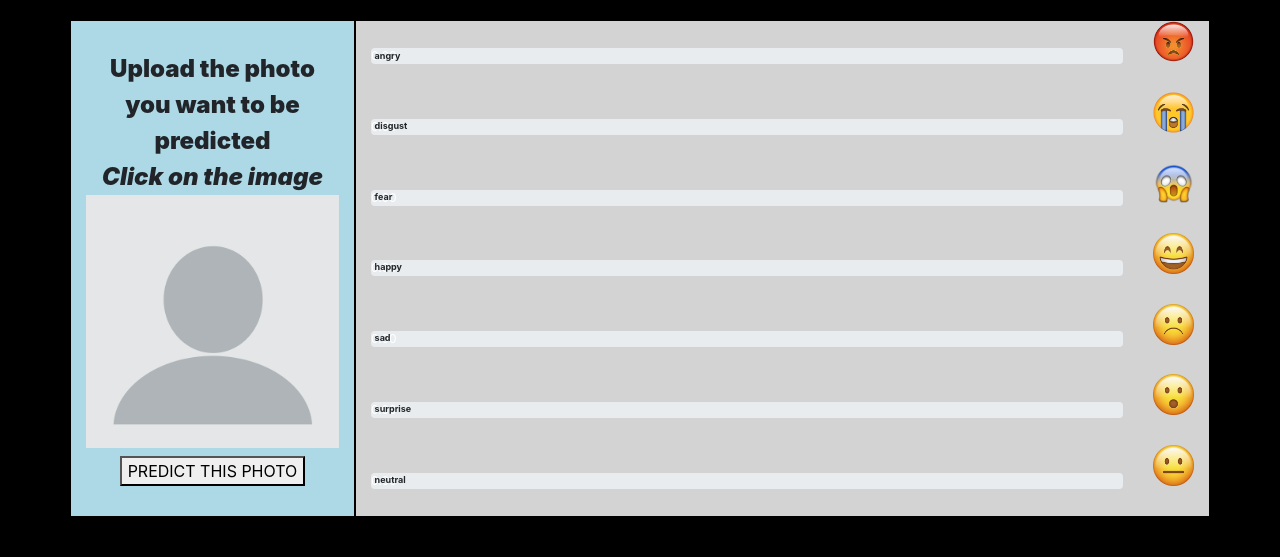
Repository: Jermaniac/TrabajoFinGradoGerman
Page: / (app in webprojectREACT/webexpresssionproject/)
An editor plug-in stored every save of this project. The page is shown before and after a run of saves, followed by the edit.
The browser window is 1280 px wide. The pictures show the whole page.
The project was rebuilt for these pictures with package versions that can differ from the ones it lists, and the page was loaded fresh each time.

Above is the page before, as saved 2021-05-05 13:27:19.

### webprojectREACT/webexpresssionproject/public/index.html
<!DOCTYPE html>
<html lang="en">
  <head>
    <meta charset="utf-8" />
    <link rel="icon" href="%PUBLIC_URL%/favicon.ico" />
    <meta name="viewport" content="width=device-width, initial-scale=1" />
    <meta name="theme-color" content="#000000" />
    <meta
      name="description"
      content="Web site created using create-react-app"
    />
    <title>Expression App</title>
  </head>
  <body>
    <div id="root"></div>
  </body>
</html>

### webprojectREACT/webexpresssionproject/src/index.js
import React from 'react';
import ReactDOM from 'react-dom';
import App from './components/App';
import './index.css'
// Bootstrap support for React
import 'bootstrap/dist/css/bootstrap.min.css'

import { configureStore } from './redux/configureStore'
import { Provider } from 'react-redux';

const store= configureStore();

const Root = (
  <Provider store={store}>
    <App />
  </Provider>
);

const rootElement = document.getElementById('root');

ReactDOM.render(
  Root,
  rootElement
);

### webprojectREACT/webexpresssionproject/src/components/App.jsx
import React from 'react'

import InfoExpressions from './InfoComponent'

import '../styles/App.css'
import { changeExpressions, changePhoto } from '../redux/actionCreators';

import { connect } from 'react-redux'
import FormComponent from './FormComponent';

const mapStateToProps = state => {
  return {
    expressions: state.expressions,
    photo: state.photo
  }
};

const mapDispatchToProps = dispatch => ({
  changeExpressions: (expressions) => dispatch(changeExpressions(expressions)),
  changePhoto: (photo) => dispatch(changePhoto(photo))
});

class App extends React.Component {

  render () {
    return (
        <div className="container">
          <div className="row">
              <FormComponent changeExpressions={this.props.changeExpressions}
              changePhoto={this.props.changePhoto}
              photo={this.props.photo}
              ></FormComponent>
              <InfoExpressions  expressions={this.props.expressions} ></InfoExpressions>
          </div>
        </div>
    );
  }

}

export default ( connect ( mapStateToProps, mapDispatchToProps )( App ))

### webprojectREACT/webexpresssionproject/src/redux/configureStore.js

import { createStore, combineReducers} from 'redux';
import { expressions } from './expressions'
import { photo } from './photo'

const combination = combineReducers({
    expressions,
    photo
});

export const configureStore = () => {

    const store = createStore(
        combination,
        // activate redux dev tools in browser
        window.__REDUX_DEVTOOLS_EXTENSION__ && window.__REDUX_DEVTOOLS_EXTENSION__()

    );

    return store;
}

### webprojectREACT/webexpresssionproject/src/components/InfoComponent.jsx
import React from 'react';
import '../styles/InfoComponent.css'

function InfoComponent({ expressions, photo }) {

  if (expressions) {
    let expressionsFormatted = formatProbabilities(expressions);

    return (
    <div className="col-12 col-md-8 col-lg-9" id="info">
        {
        expressionsFormatted.map((expression) => {
          let emojiSrc = `./assets/images/emoji_${expression.mood}.png`;
          return (
            <div className="row" key={expression.mood}>
              <div className="col-11">
                <div className="progress">
                  <div
                    id="barra"
                    className="progress-bar"
                    aria-valuemin="0"
                    aria-valuemax="100"
                    style={{ width: expression.probability + "%" }}
                  >
                    {expression.probability}
                  </div>
                  <span className="badge">{expression.mood}</span>
                </div>
              </div>
              <div className="col-1" id="imageEmoji">
                <img
                  src={emojiSrc}
                  alt="emoji"
                ></img>
              </div>
            </div>
          );
        })
        }
      </div>
    // <div></div>
    );
  } else {
    return (
          <div>
          </div>
    );
  }
}

function formatProbabilities(expressions){
    return expressions.map( (expression) => {
        return  {
            mood: expression.mood,
            probability: (expression.probability * 100).toFixed(2)
        }

    })

}

export default InfoComponent;

### webprojectREACT/webexpresssionproject/src/styles/App.css
.container {
    padding: 20px;
}

### webprojectREACT/webexpresssionproject/src/redux/actionCreators.js
import * as ActionTypes from './actionTypes'

export const changeExpressions = (expressions) => ({
    type: ActionTypes.CHANGE_EXPRESSIONS,
    payload: {
        expressions: expressions
    }
});

export const changePhoto = (photo) => ({
    type: ActionTypes.CHANGE_PHOTO,
    payload: {
        photoUrl: URL.createObjectURL(photo)
    }
})

### webprojectREACT/webexpresssionproject/src/components/FormComponent.jsx
import { useState } from 'react';
import ImageUploadService from '../services/image-upload.service';
import '../styles/FormComponent.css'

function FormComponent({ changeExpressions, changePhoto, photo }) {

  const [getPhotoFile, setPhotoFile] = useState();

  const selectPhoto = (event) => {
    const photoSelect = event.target.files[0];
    setPhotoFile(photoSelect);
    changePhoto(photoSelect);
  };

  const requestPredict = () => {
    ImageUploadService.getMood(getPhotoFile).then((response) => {
      if (response) {
        console.log("Call API success!");
        changeExpressions(response.expressions);
      } else {
        console.log("Call API failed.");
      }
    });
  };

  return (
    <div className="col-12 col-md-4 col-lg-3" id="form">
      <div className="row">
        <div id="title">Upload the photo you want to be predicted</div>
      </div>
      <div className="row">
        <div id="instruction">Click on the image</div>
      </div>
      <div className="row">
        <label htmlFor="photo">
          <input
            type="file"
            name="photo"
            id="photo"
            accept="image/*"
            style={{ display: "none" }}
            onChange={selectPhoto}
          ></input>
          <img src={photo.photoUrl} alt="blankPic"></img>
        </label>
      </div>
      <div className="row">
        <button id="buttonSubmit" onClick={requestPredict}>
          PREDICT THIS PHOTO
        </button>
      </div>
    </div>
  );
}

export default FormComponent;

### webprojectREACT/webexpresssionproject/src/redux/expressions.js
import { EXPRESSIONS } from '../shared/expressions';
import * as ActionTypes from './actionTypes'

export const expressions = ( state = EXPRESSIONS, action ) => {
    switch (action.type) {
        case ActionTypes.CHANGE_EXPRESSIONS:
            let expressions = action.payload.expressions;
            return expressions;
        default:
            return state;
    }
};

### webprojectREACT/webexpresssionproject/src/redux/photo.js
import { PHOTO } from '../shared/photo';
import * as ActionTypes from './actionTypes'

export const photo = ( state = PHOTO, action ) => {
    switch (action.type) {
        case ActionTypes.CHANGE_PHOTO:
            let photo = action.payload;
            return photo;
        default:
            return state;
    }
};

### webprojectREACT/webexpresssionproject/src/styles/InfoComponent.css
.container-fluid {
    display: grid;
}
.col-11 {
    align-self: center;
}

#info {
    background-color: lightgrey;
    display: grid;
    border: 1px solid black;
}

### webprojectREACT/webexpresssionproject/src/redux/actionTypes.js
export const CHANGE_EXPRESSIONS = 'CHANGE_EXPRESSIONS'
export const CHANGE_PHOTO = 'CHANGE_PHOTO'

### webprojectREACT/webexpresssionproject/src/services/image-upload.service.js

const keyFile = "photo";
const urlApi =  "http://ec2-3-235-24-57.compute-1.amazonaws.com:9004/getMood";

class ImageUploadService {

  getMood(file) {

    const formData = new FormData();
    formData.append(keyFile, file);

    return fetch(urlApi, {
      method: "POST",
      body: formData,
    })
      .then((response) => response.json())
      .then((data) => {
        return data;
      })
      .catch((error) => console.error(error));
  }

}

export default new ImageUploadService();

### webprojectREACT/webexpresssionproject/src/styles/FormComponent.css

#form {
    background-color: lightblue;
    padding:30px;
    border: 1px solid black;
}

#form > .row {
    justify-content: center;
    text-align: center;
}

#form > .row > div{
    font-weight: 900;
    font-size: x-large;
}
#form > .row > #title{
    font-style: initial;
}
#form >.row > #instruction{
    font-style: italic;
}

img {
    width: 100%;
}

### webprojectREACT/webexpresssionproject/src/shared/expressions.js
export const EXPRESSIONS =
    [
        {
            mood: "angry",
            probability: 0.0
        },
        {
            mood: "disgust",
            probability: 0.0
        },
        {
            mood: "fear",
            probability: 0.0
        },
        {
            mood: "happy",
            probability: 0.0
        },
        {
            mood: "sad",
            probability: 0.0
        },
        {
            mood: "surprise",
            probability: 0.0
        },
        {
            mood: "neutral",
            probability: 0.0
        }
];

### webprojectREACT/webexpresssionproject/src/shared/photo.js
export const PHOTO =
    {
        photoUrl: "assets/images/blankPhoto.png"
    }

Loaded but not shown: webprojectREACT/webexpresssionproject/src/index.css (common file)

After the next 2 saves:
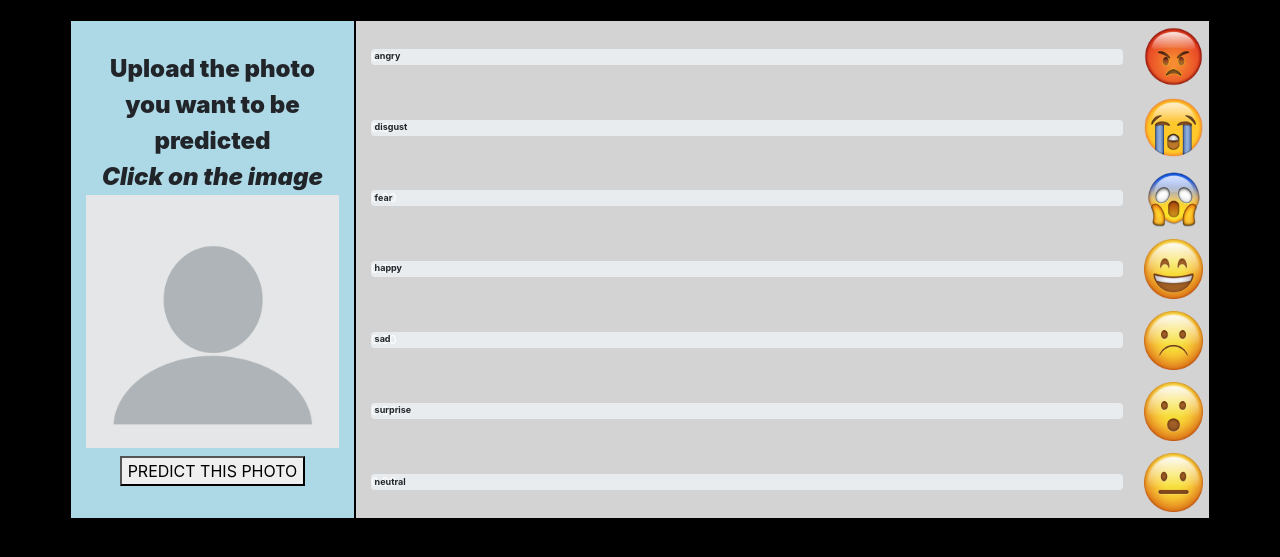
The 2 saves are shown as one change because they came seconds apart.
The last was saved 12 s later.
--- a/webprojectREACT/webexpresssionproject/src/styles/InfoComponent.css
+++ b/webprojectREACT/webexpresssionproject/src/styles/InfoComponent.css
@@ -5,6 +5,10 @@
     align-self: center;
 }
 
+#imageEmoji {
+    padding: 6px;
+}
+
 #info {
     background-color: lightgrey;
     display: grid;
